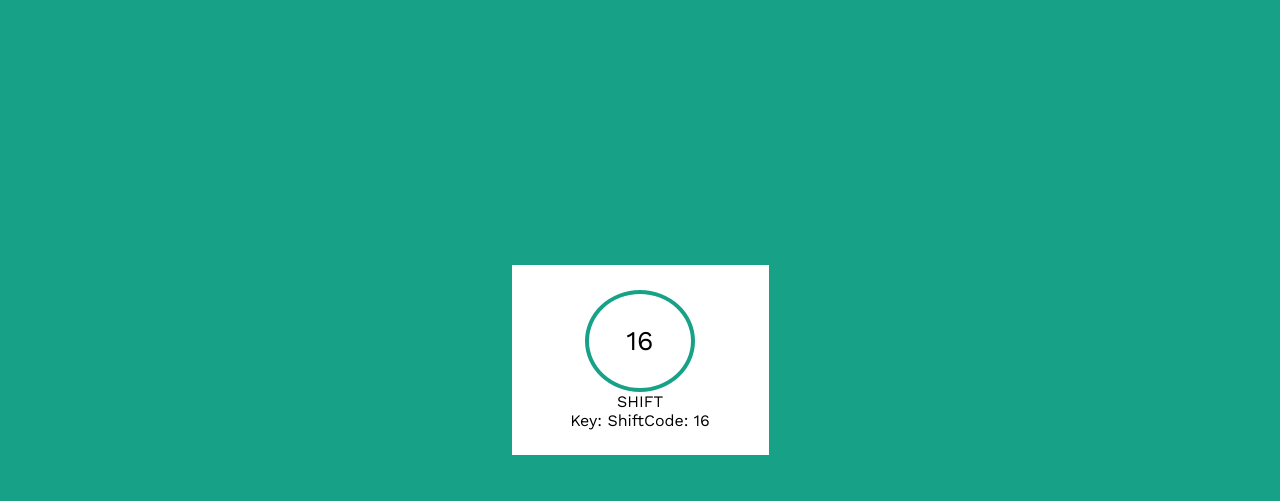
Repository: youssef168/Key-Detection
Page: index.htm
An editor plug-in stored every save of this project. The page is shown before and after the next save, followed by the edit.
The browser window is 1280 px wide. The pictures show the whole page.

Above is the page before, as saved 2021-12-17 11:57:46.

### index.htm
<!DOCTYPE html>
<html lang="en">
<head>
    <meta charset="UTF-8">
    <meta http-equiv="X-UA-Compatible" content="IE=edge">
    <meta name="viewport" content="width=device-width, initial-scale=1.0">
    <link rel="stylesheet" href="./style.css">
    <title>Key Detection</title>
</head>
<body>
    <div class="box">
        <div class="content">
            <div class="key-code">16</div>
            <div class="key-name">SHIFT</div>
            <div class="details">
                <div class="key">Key: <span>Shift</span></div>
                <div class="code">Code: <span>16</span></div>
            </div>
        </div>
    </div>

    <script src="./script.js"></script>
</body>
</html>

### style.css
@import url("https://fonts.googleapis.com/css2?family=Work+Sans:ital,wght@0,300;0,400;1,400;1,500&display=swap");

* {
  font-family: "Work Sans", sans-serif;
  box-sizing: border-box;
  padding: 0;
  margin: 0;
}

ul li {
  list-style: none;
}

body {
    display: flex;
    justify-content: center;
    align-items: center;
    min-height: 100vh;
    margin: auto;
    background-color: #17A288;
}

.box {
    background: #fff;
    padding: 25px;
    width: 257px;
}

.content, .key-code, .details {
    display: flex;
    align-items: center;
    justify-content: center;
}

.box .content {
    flex-direction: column;
}
.key-code {
    border: 4px solid #17A288;
    border-radius: 50%;
    width: 110px;
    height: 102px;
    font-size: 27px;
}

Loaded but not shown: script.js (no stored copy; drawn as an empty file)

After the next save:
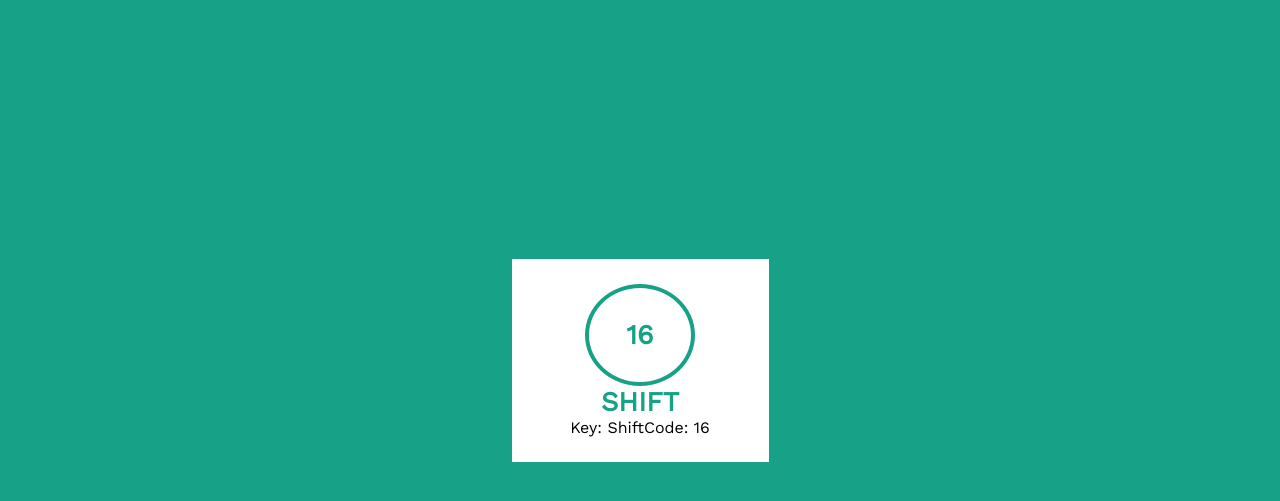
Saved 49 s later.
--- a/style.css
+++ b/style.css
@@ -42,3 +42,9 @@ body {
     height: 102px;
     font-size: 27px;
 }
+
+.key-code, .key-name {
+    font-size: 27px;
+    font-weight:bold;
+    color: #17A288;
+}
